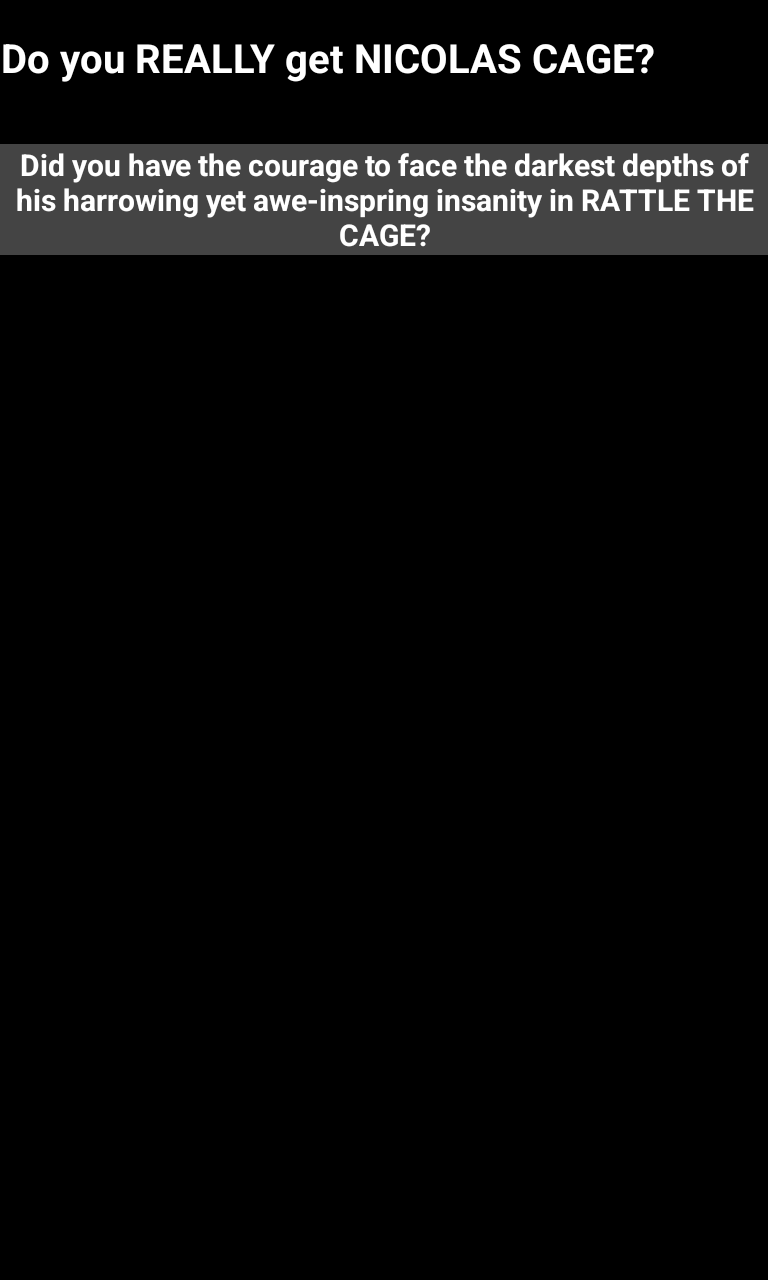
Repository: kylenicola/NicCageMobileApp
Layout: NicolasCageApp/res/layout/activity_score_menu.xml
An editor plug-in stored every save of this project. The layout is shown before and after the next save, followed by the edit.
It is drawn on a 768 x 1280 px phone screen (xhdpi) without system bars, with theme AppTheme; the app's code is not run.

Above is the layout before, as saved 2014-12-04 02:16:11.

### NicolasCageApp/res/layout/activity_score_menu.xml
<?xml version="1.0" encoding="utf-8"?>

<LinearLayout xmlns:android="http://schemas.android.com/apk/res/android"
	android:layout_width="match_parent"
	android:layout_height="match_parent"
	android:background="@android:color/background_dark"
	android:orientation="vertical" >

	 <TextView
	     android:id="@+id/scoreMenuTitle"
	     android:layout_width="wrap_content"
	     android:layout_height="wrap_content"
	     android:gravity="center"
	     android:layout_marginTop="15dp"
	     android:text="@string/score_menu_title"
	     android:textSize="20sp"
	     android:textStyle="bold"
	     android:textColor="@android:color/white" />

	 <Button
		android:id="@+id/button_scoreRattleTheCage"
	    android:layout_width="wrap_content"
	    android:layout_height="wrap_content"
	    android:layout_gravity="center"
	    android:layout_marginTop="30dp"
	    android_layout_marginLeft="10dp"
	    android:background="#ff444444"
	    android:text="@string/rattle_the_cage_score_description"
	    android:textColor="@android:color/white"
	    android:textStyle="bold"
	    android:textSize="15sp"
	    android:OnClick="onClickRattleTheCageScore" />




</LinearLayout>

### NicolasCageApp/res/values/strings.xml
<?xml version="1.0" encoding="utf-8"?>
<resources>

    <string name="app_name">NicolasCageApp</string>
    <string name="hello_world">Hello world!</string>
    <string name="action_settings">Settings</string>
    <string name="title_activity_abcs_with_nic">AbcsWithNic</string>
    <string name="takeQuiz">TAKE THE QUIZ</string>
    <string name="title_activity_settings">Settings</string>
    <string name="slow_down_ABCs">Slow down A, B, C game</string>
    <string name="noSlowDown">NICOLAS CAGE SLOWS DOWN FOR NO MAN</string>
    <string name="score_title">Scores</string>
    <string name="rattle_the_cage_title">Rattle The Cage</string>
    <string name="rattle_the_cage_label">Total Score: </string>
    <string name="title_activity_score_menu">ScoreMenu</string>
    <string name="score_menu_title">Do you REALLY get NICOLAS CAGE?</string>
    <string name="rattle_the_cage_score_description">Did you have the courage to face the darkest depths of his harrowing yet awe-inspring insanity in RATTLE THE CAGE?</string>
    <string name="title_activity_rattle_the_cage_score">RattleTheCageScore</string>

</resources>

Loaded but not shown: NicolasCageApp/res/values/styles.xml (common file); NicolasCageApp/res/values-v11/styles.xml (common file); NicolasCageApp/res/values-v14/styles.xml (common file)

After the next save:
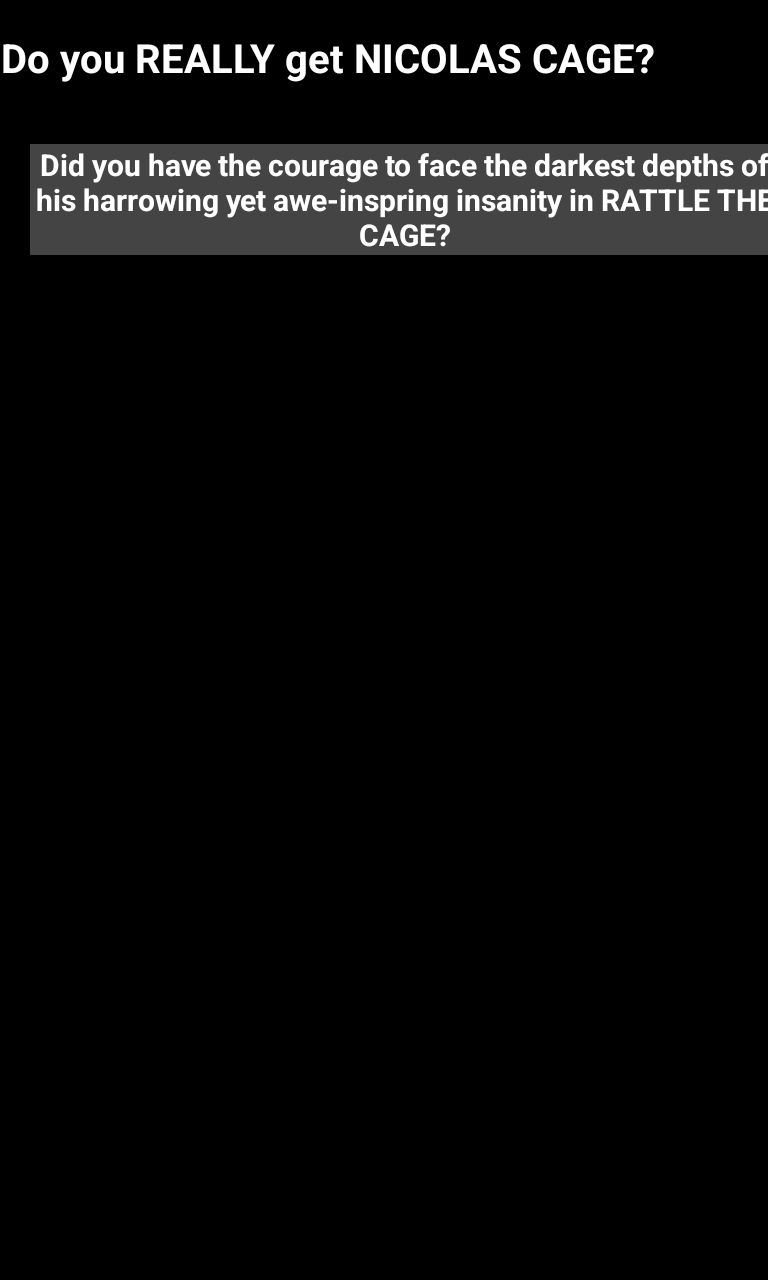
Saved 6 s later.
--- a/NicolasCageApp/res/layout/activity_score_menu.xml
+++ b/NicolasCageApp/res/layout/activity_score_menu.xml
@@ -23,7 +23,7 @@
 	    android:layout_height="wrap_content"
 	    android:layout_gravity="center"
 	    android:layout_marginTop="30dp"
-	    android_layout_marginLeft="10dp"
+	    android:layout_marginLeft="10dp"
 	    android:background="#ff444444"
 	    android:text="@string/rattle_the_cage_score_description"
 	    android:textColor="@android:color/white"
